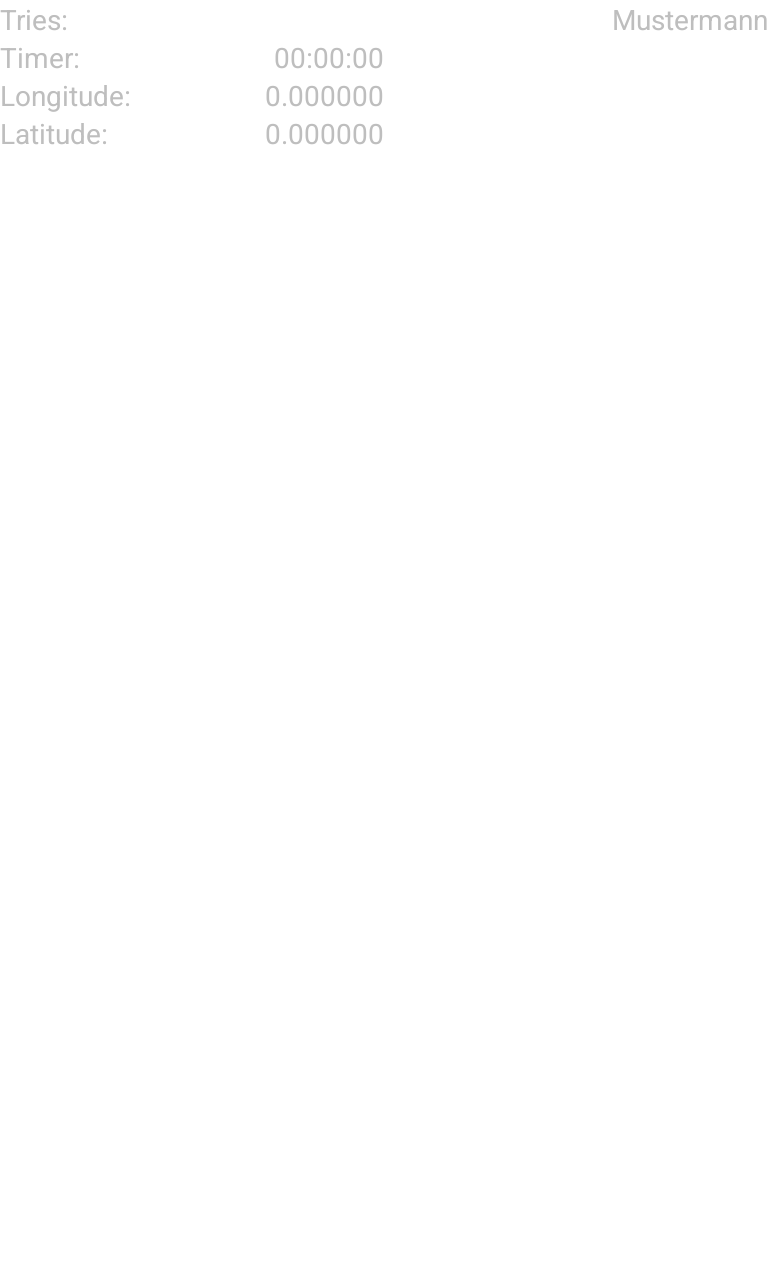
Repository: ymc-sise/sport-memory
Layout: memory/res/layout/game.xml
The author's editor kept a copy of each file at every save. The layout is drawn from the files as they stood at one save, then again after the next save.
It is drawn on a 768 x 1280 px phone screen (xhdpi) without system bars, with theme android:Theme.Wallpaper; the app's code is not run.

Above is the layout before, as saved 2014-01-18 19:58:55.

### memory/res/layout/game.xml
<?xml version="1.0" encoding="utf-8"?>
<RelativeLayout xmlns:android="http://schemas.android.com/apk/res/android"
    android:id="@+id/RelativeLayout1"
    android:layout_width="fill_parent"
    android:layout_height="fill_parent"
    android:orientation="vertical"
    android:stretchColumns="50" >

        <TextView
        android:id="@+id/nameText"
        android:layout_width="wrap_content"
        android:layout_height="wrap_content"
        android:layout_alignParentRight="true"
        android:layout_alignParentTop="true"
        android:text="@string/mustermann" />

    <TextView
        android:id="@+id/tries"
        android:layout_width="wrap_content"
        android:layout_height="wrap_content"
        android:layout_alignParentLeft="true"
        android:layout_alignParentTop="true"
        android:layout_toLeftOf="@+id/longitudeValue"
        android:text="@string/tries" />

            <TextView
        android:id="@+id/anz"
        android:layout_width="wrap_content"
        android:layout_height="wrap_content"
        android:layout_above="@+id/timer"
        android:layout_toLeftOf="@+id/tries"
        android:text="@string/thisisanull" />


    <TextView
        android:id="@+id/timer"
        android:layout_width="wrap_content"
        android:layout_height="wrap_content"
        android:layout_alignParentLeft="true"
        android:layout_alignRight="@+id/tries"
        android:layout_below="@+id/tries"
        android:text="@string/Timer" />

    <TextView
        android:id="@+id/longitudeLabel"
        android:layout_width="wrap_content"
        android:layout_height="wrap_content"
        android:layout_alignParentLeft="true"
        android:layout_below="@+id/timer"
        android:text="@string/longitudeLabel" />

    <TextView
        android:id="@+id/latitudeLabel"
        android:layout_width="wrap_content"
        android:layout_height="wrap_content"
        android:layout_alignParentLeft="true"
        android:layout_alignRight="@+id/longitudeLabel"
        android:layout_below="@+id/longitudeLabel"
        android:text="@string/latitudeLabel" />

    <TextView
        android:id="@+id/latitudeValue"
        android:layout_width="wrap_content"
        android:layout_height="wrap_content"
        android:layout_alignBaseline="@+id/latitudeLabel"
        android:layout_alignBottom="@+id/latitudeLabel"
        android:layout_alignLeft="@+id/longitudeValue"
        android:text="@string/latitudeValue" />

    <TextView
        android:id="@+id/longitudeValue"
        android:layout_width="wrap_content"
        android:layout_height="wrap_content"
        android:layout_above="@+id/latitudeValue"
        android:layout_alignRight="@+id/tableLayout1"
        android:text="@string/longitudeValue" />

    <TextView
        android:id="@+id/time"
        android:layout_width="wrap_content"
        android:layout_height="wrap_content"
        android:layout_above="@+id/longitudeValue"
        android:layout_alignRight="@+id/longitudeValue"
        android:text="@string/time" />

<TableLayout
        android:id="@+id/tableLayout1"
        android:layout_width="wrap_content"
        android:layout_height="wrap_content"
        android:layout_below="@+id/latitudeLabel"
        android:layout_centerHorizontal="true"
        android:layout_marginTop="62dp"
        android:orientation="vertical" >

        <TableRow
            android:id="@+id/tableRow2"
            android:layout_width="wrap_content"
            android:layout_height="wrap_content" >
        </TableRow>

        <TableRow
            android:id="@+id/tableRow3"
            android:layout_width="wrap_content"
            android:layout_height="wrap_content" >
        </TableRow>

        <TableRow
            android:id="@+id/tableRow4"
            android:layout_width="wrap_content"
            android:layout_height="wrap_content" >
        </TableRow>
    </TableLayout>





</RelativeLayout>

### memory/res/values/strings.xml
<?xml version="1.0" encoding="utf-8"?>
<resources>

    <string name="app_name">Sport memory</string>
    <string name="spielen">Play</string>
    <string name="einstellung">Settings</string>
    <string name="impressum">About</string>
    <string name="version10">Version 1.0</string>
    <string name="anzKarten">Number of cards</string>
    <string name="sechszehn">16</string>
    <string name="vierundzwanzig">24</string>
    <string name="zurueck">Back</string>
    <string name="spielername">Player name</string>
    <string name="namEingeben">Enter your name!</string>
    <string name="sechsunddreissig">36</string>
    <string name="tries">Tries:</string>
    <string name="url">URL</string>
    <string name="urlEingeben">localhost</string>
    <string name="localhost">use LocalHost</string>
    <string name="LocalHost">localhost</string>
    <string name="mustermann">Mustermann</string>
    <string name="thisisanull">0</string>
    <string name="impress">Sport memory is a student project. You have to solve memory additionaly with your gps coordinates.</string>
    <string name="impress2">Software licence: Apache License 2.0</string>
    <string name="impress3"></string>
    <string name="impress4">Developer Simon Schneeberger</string>
    <string name="Timer">Timer:</string>
    <string name="time">00:00:00</string>
    <string name="latitudeLabel">Latitude:</string>
    <string name="longitudeLabel">Longitude:</string>
    <string name="longitudeValue">0.000000</string>
    <string name="latitudeValue">0.000000</string>

</resources>

After the next save:
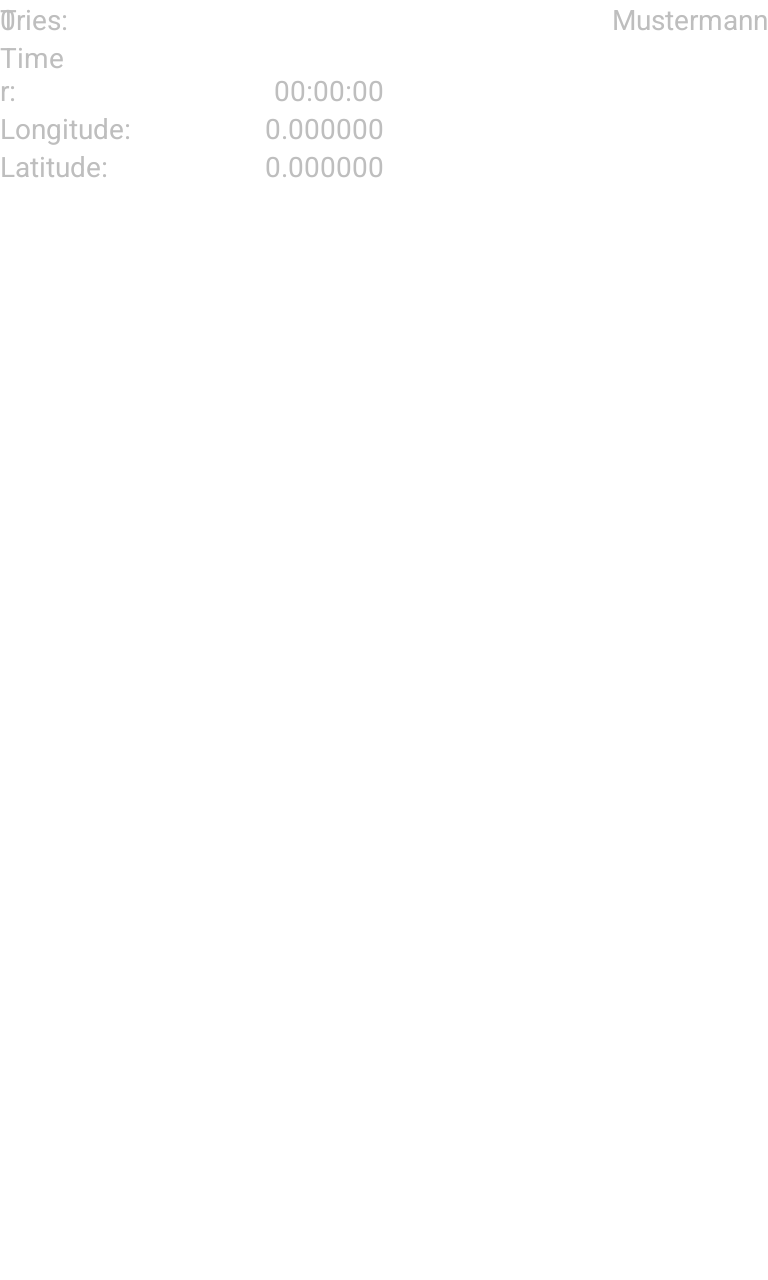
Saved 114 s later.
--- a/memory/res/layout/game.xml
+++ b/memory/res/layout/game.xml
@@ -20,7 +20,6 @@
         android:layout_height="wrap_content"
         android:layout_alignParentLeft="true"
         android:layout_alignParentTop="true"
-        android:layout_toLeftOf="@+id/longitudeValue"
         android:text="@string/tries" />
 
             <TextView
@@ -28,7 +27,6 @@
         android:layout_width="wrap_content"
         android:layout_height="wrap_content"
         android:layout_above="@+id/timer"
-        android:layout_toLeftOf="@+id/tries"
         android:text="@string/thisisanull" />
 
 
